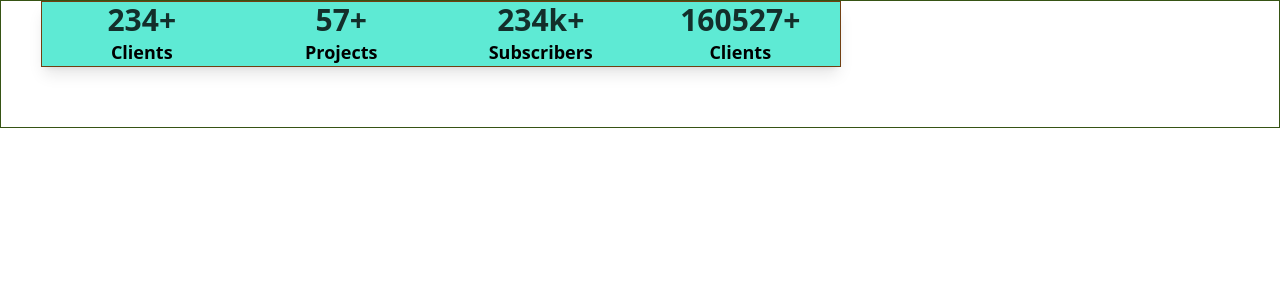
Repository: Kish202/Coz-Marketing-Site
Page: / (app in frontend/)
The author's editor kept a copy of each file at every save. The page is drawn from the files as they stood at one save, then again after a run of saves.
The browser window is 1280 px wide. The pictures show the whole page.
The project was rebuilt for these pictures with package versions that can differ from the ones it lists, and the page was loaded fresh each time. Also part of the build but not shown: frontend/vite.config.js.

Above is the page before, as saved 2025-03-09 12:24:17.

### frontend/src/App.jsx
import { useState } from 'react'
import reactLogo from './assets/react.svg'
import viteLogo from '/vite.svg'
import './App.css'
import Service from './components/Service/Service'

function App() {
  const [count, setCount] = useState(0)

  return (


   <Service/>
  )
}

export default App

### frontend/src/components/Service/Service.jsx
import React from 'react'
import CountUp from "react-countup"

const Service =() =>{
  return (
    <section className="container h-12 md:h-32 border border-lime-900">
     <div className="grid grid-cols-4 w-full place-items-center  border border-yellow-900 bg-teal-300  shadow-lg dark:bg-violet-800 dark:text-white/70 md:max-w-[800px] ">
    <div className="flex flex-col items-center justify-center " >



<h1 className="text-sm font-bold text-black/80 dark:text-white sm:text-lg md:text-3xl">
      <CountUp end={234} suffix="+" duration={2.75}/>

</h1>

<h1 className="sm:text-md text-xs font-bold md:text-lg">
Clients
</h1>




        </div>

        <div className="flex flex-col items-center justify-center">
  <h1 className="text-sm text-black/80 sm:text-lg md:text-3xl dark:text-white font-bold">
  <CountUp end={57} suffix="+" duratiion={2.75}/>  </h1>

    <h1 className="sm:text-md font-bold text-xs md:text-lg">
        Projects

        </h1>
            </div>

    <div className="flex flex-col items-center justify-center" >



        <h1 className="text-sm text-black/80 dark:text-white  sm:text-lg md:text-3xl font-bold">
<CountUp end={234}  suffix="k+" / >
        </h1>
<h1 className="font-bold  sm:text-md text-xs md:text-lg" >
Subscribers
</h1>


            </div>


<div className="flex flex-col items-center justify-center">
<h1 className="text-sm font-bold text-black/80 dark:text-white sm:text-lg md:text-3xl">
<CountUp start={-875.020}
end={160527.012} duration={2.75} separator="" suffix="+" />
</h1>


<h1 className="text-xs sm:text-md  font-bold md:text-lg ">
Clients
</h1>
</div>
</div>
    </section>
  )
}

export default Service

### frontend/tailwind.config.js
/** @type {import('tailwindcss').Config} */
export default {
  content: ["./index.html", "./src/**/*.{js,ts,jsx,tsx}"],
  darkMode: "class",
  theme: {
    extend: {
      screens: {
        xs: "480px",
      },
      colors: {
        primary: "#0070f3",
      },
    },

    container: {
      center: true,
      padding: {
        DEFAULT: "20px",
        md: "40px",
      },
    },
  },
  plugins: [],
};

Loaded but not shown: frontend/index.html (common file); frontend/src/main.jsx (common file); frontend/src/index.css (common file); frontend/src/App.css (common file)

After the next 2 saves:
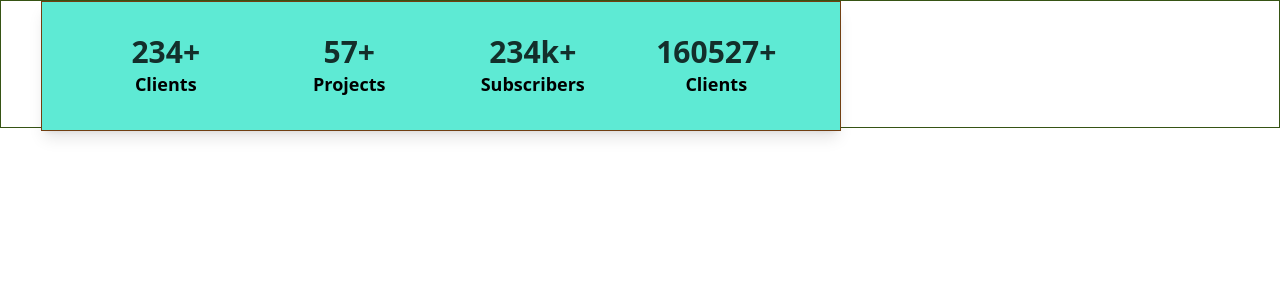
The 2 saves are shown as one change because they came seconds apart.
The last was saved 12 s later.
--- a/frontend/src/components/Service/Service.jsx
+++ b/frontend/src/components/Service/Service.jsx
@@ -4,7 +4,7 @@ import CountUp from "react-countup"
 const Service =() =>{
   return (
     <section className="container h-12 md:h-32 border border-lime-900">
-     <div className="grid grid-cols-4 w-full place-items-center  border border-yellow-900 bg-teal-300  shadow-lg dark:bg-violet-800 dark:text-white/70 md:max-w-[800px] ">
+     <div className="grid grid-cols-4 w-full place-items-center  border border-yellow-900 bg-teal-300 p-2 shadow-lg dark:bg-violet-800 dark:text-white/70 md:max-w-[800px]  md:p-8">
     <div className="flex flex-col items-center justify-center " >
 
 
